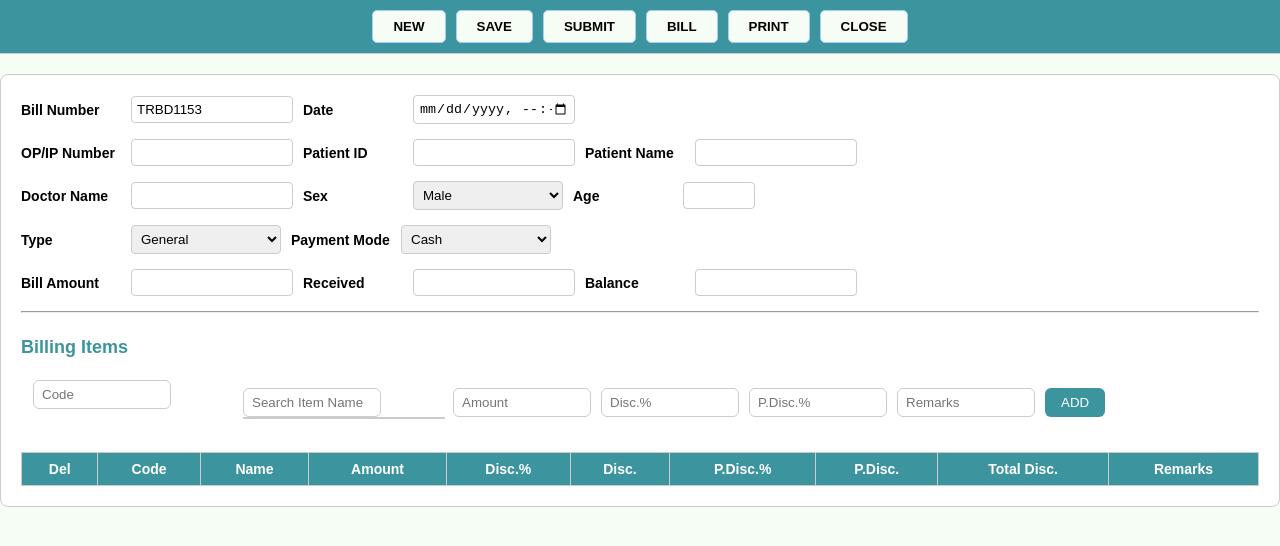
Repository: NAGENDRAN0/New
Page: http://localhost/billing
An editor plug-in stored every save of this project. The page is shown before and after the next save, followed by the edit.
The browser window is 1280 px wide. The pictures show the whole page.
The page is this project's Thymeleaf template; nobody is signed in. The template is opened directly, without the code that normally fills it, so the values that code supplies are empty.

Above is the page before, as saved 2025-05-15 10:17:55.

### Documents/workspace-spring-tool-suite-4-4.25.0.RELEASE/HMS/src/main/resources/templates/billing.html
<!DOCTYPE html>
<html lang="en">
  <head>
    <meta charset="UTF-8" />
    <title>Billing Page</title>
	<link rel="stylesheet" href="/css/Billing.css" />
	<style>
		.suggestion-list {
		  position: absolute;
		  background-color: #ffffff; /* Background */
		  border: 1px solid #ccc;
		  width: 200px;
		  max-height: 150px;
		  overflow-y: auto;
		  list-style-type: none;
		  padding: 0;
		  margin-top: 2px;
		  z-index: 1000;
		}

		.suggestion-list li {
		  padding: 8px;
		  cursor: pointer;
		  color: #333;
		}

		.suggestion-list li:hover {
		  background-color: #3C949E; /* Your primary color */
		  color: #fff;
		}
		.dropdown-container {
		  position: relative;
		  display: inline-block;
		  width: 200px;
		}

		.suggestion-list {
		  position: absolute;
		  top: 100%;
		  left: 0;
		  width: 100%;
		  background-color: #ffffff;
		  border: 1px solid #ccc;
		  max-height: 150px;
		  overflow-y: auto;
		  list-style-type: none;
		  padding: 0;
		  margin: 0;
		  z-index: 1000;
		}

	</style>

  </head>
  <body>
    <div class="toolbar">
      <button>NEW</button>
      <button>SAVE</button>
      <button>SUBMIT</button>
      <button>BILL</button>
      <button>PRINT</button>
	  <a href="/">
      <button>CLOSE</button></a>
    </div>

    <div class="billing-form">
      <!-- Patient and Bill Info -->
      <div class="form-row">
        <label>Bill Number</label
        ><input type="text" id="billNumber" value="TRBD1153" />
        <label>Date</label><input type="datetime-local" id="billDate" />
      </div>

      <div class="form-row">
		<label>OP/IP Number</label><input type="text" id="patientName" />
        <label>Patient ID</label><input type="text" id="patientId" />
        <label>Patient Name</label><input type="text" id="patientName" />
      </div>

      <div class="form-row">
        <label>Doctor Name</label><input type="text" id="doctorName" />
        <label>Sex</label>
        <select id="sex">
          <option>Male</option>
          <option>Female</option>
          <option>Other</option>
        </select>
        <label>Age</label><input type="number" id="age" style="width: 60px" />
      </div>

      <div class="form-row">
        <label>Type</label>
        <select id="type">
          <option>General</option>
          <option>Emergency</option>
        </select>
        <label>Payment Mode</label>
        <select id="paymentMode">
          <option>Cash</option>
          <option>Credit</option>
          <option>Card</option>
        </select>
      </div>

      <div class="form-row">
        <label>Bill Amount</label
        ><input type="number" id="billAmount" readonly /> <label>Received</label
        ><input type="number" id="receivedAmount" /> <label>Balance</label
        ><input type="number" id="balanceAmount" readonly />
      </div>

      <hr />


<h4 class="section-header">Billing Items</h4>
<div class="item-entry-horizontal">
	<div class="dropdown-container">
  <input type="text" placeholder="Code" id="itemcode" autocomplete="off" >
  <ul id="suggestionListss" class="suggestion-listss"></ul>
	</div>
  <div class="dropdown-container">
    <input type="text" id="itemname" placeholder="Search Item Name" autocomplete="off" />
    <ul id="suggestionList" class="suggestion-list"></ul>
  </div>
<input type="number" placeholder="Amount" id="fee">
  <input type="number" placeholder="Disc.%" id="itemDisc">
  <input type="number" placeholder="P.Disc.%" id="itemPDisc">
  <input type="text" placeholder="Remarks" id="remarks">
  <button onclick="addItem()">ADD</button>
</div>

<!-- Billing Items Table -->
<table class="item-table modern">
  <thead>
    <tr>
      <th>Del</th>
      <th>Code</th>
      <th>Name</th>
      <th>Amount</th>
      <th>Disc.%</th>
      <th>Disc.</th>
      <th>P.Disc.%</th>
      <th>P.Disc.</th>
      <th>Total Disc.</th>
      <th>Remarks</th>
    </tr>
  </thead>
  <tbody></tbody>
</table>



<!--    <script>
      function addItem() {
        const code = document.getElementById("itemCode").value;
        const name = document.getElementById("itemName").value;
        const amount =
          parseFloat(document.getElementById("itemAmount").value) || 0;
        const disc = parseFloat(document.getElementById("itemDisc").value) || 0;
        const pdisc =
          parseFloat(document.getElementById("itemPDisc").value) || 0;
        const remarks = document.getElementById("itemRemarks").value;

        const discAmt = (amount * disc) / 100;
        const pdiscAmt = (amount * pdisc) / 100;
        const totalDisc = discAmt + pdiscAmt;

        const table = document.querySelector(".item-table tbody");
        const row = table.insertRow();
        row.innerHTML = `
      <td><button onclick="removeRow(this)">Del</button></td>
      <td>${code}</td>
      <td>${name}</td>
      <td>${amount.toFixed(2)}</td>
      <td>${disc}</td>
      <td>${discAmt.toFixed(2)}</td>
      <td>${pdisc}</td>
      <td>${pdiscAmt.toFixed(2)}</td>
      <td>${totalDisc.toFixed(2)}</td>
      <td></td>
      <td></td>
      <td>${remarks}</td>
    `;

        updateBillAmount();
        clearItemFields();
      }

      function removeRow(btn) {
        btn.closest("tr").remove();
        updateBillAmount();
      }

      function updateBillAmount() {
        const rows = document.querySelectorAll(".item-table tbody tr");
        let total = 0;
        rows.forEach((row) => {
          const amount = parseFloat(row.cells[3].innerText) || 0;
          total += amount;
        });
        document.getElementById("billAmount").value = total.toFixed(2);

        const received =
          parseFloat(document.getElementById("receivedAmount").value) || 0;
        document.getElementById("balanceAmount").value = (
          total - received
        ).toFixed(2);
      }

      document
        .getElementById("receivedAmount")
        .addEventListener("input", updateBillAmount);

      function clearItemFields() {
        [
          "itemCode",
          "itemName",
          "itemAmount",
          "itemDisc",
          "itemPDisc",
          "itemRemarks",
        ].forEach((id) => {
          document.getElementById(id).value = "";
        });
      }

      // Set default date
      document.getElementById("billDate").value = new Date()
        .toISOString()
        .slice(0, 16);
    </script> -->
	<script src="https://code.jquery.com/jquery-3.6.0.min.js"></script>

	<script>
		$(document).ready(function () {
		  $("#itemname").on("input", function () {
		    let query = $(this).val().trim();

		    if (query.length >= 1) {
		      $.ajax({
		        url: "/master/search",
		        data: { query: query },
		        success: function (items) {
		          let list = $("#suggestionList");
		          list.empty();
		          if (items.length === 0) {
		            list.hide();
		            return;
		          }
		          items.forEach(item => {
		            list.append(`<li data-code="${item.itemcode}" data-fee="${item.fee}" data-remarks="${item.remarks}">
		              ${item.itemname}
		            </li>`);
		          });
		          list.show();
		        },
		        error: function() {
		          $("#suggestionList").hide();
		        }
		      });
		    } else {
		      $("#suggestionList").hide();
		    }
		  });

		  // When a suggestion is clicked, autofill the item details
		  $(document).on("click", "#suggestionList li", function () {
		    let name = $(this).text().trim();
		    let code = $(this).data("code");
		    let fee = $(this).data("fee");
		    let remarks = $(this).data("remarks");

		    $("#itemname").val(name);
		    $("#itemcode").val(code);
		    $("#fee").val(fee);
		    $("#remarks").val(remarks);
		    $("#suggestionList").hide();
		  });

		  // Hide suggestions when clicking outside
		  $(document).on("click", function (e) {
		    if (!$(e.target).closest("#itemname, #suggestionList").length) {
		      $("#suggestionList").hide();
		    }
		  });
		});
//---------------------


$(document).ready(function () {
		  $("#itemcode").on("input", function () {
		    let query = $(this).val().trim();

		    if (query.length >= 1) {
		      $.ajax({
		        url: "/master/search",
		        data: { query: query },
		        success: function (items) {
		          let list = $("#suggestionListss");
		          list.empty();
		          if (items.length === 0) {
		            list.hide();
		            return;
		          }
		          items.forEach(item => {
		            list.append(`<li data-code="${item.itemcode}" data-fee="${item.fee}" data-remarks="${item.remarks}">
		              ${item.itemname}
		            </li>`);
		          });
		          list.show();
		        },
		        error: function() {
		          $("#suggestionListss").hide();
		        }
		      });
		    } else {
		      $("#suggestionListss").hide();
		    }
		  });

		  // When a suggestion is clicked, autofill the item details
		  $(document).on("click", "#suggestionListss li", function () {
		    let name = $(this).text().trim();
		    let code = $(this).data("code");
		    let fee = $(this).data("fee");
		    let remarks = $(this).data("remarks");

		    $("#itemname").val(name);
		    $("#itemcode").val(code);
		    $("#fee").val(fee);
		    $("#remarks").val(remarks);
		    $("#suggestionList").hide();
		  });

		  // Hide suggestions when clicking outside
		  $(document).on("click", function (e) {
		    if (!$(e.target).closest("#itemcode, #suggestionListss").length) {
		      $("#suggestionListss").hide();
		    }
		  });
		});
	</script>

  </body>
</html>

### Documents/workspace-spring-tool-suite-4-4.25.0.RELEASE/HMS/src/main/resources/static/css/Billing.css
body {
  font-family: Arial, sans-serif;
  margin: 0;
  padding: 0;
  background-color: #f5fdf4;
}

.toolbar {
  display: flex;
  justify-content: center;
  gap: 10px;
  background-color: #3c949e;
  padding: 10px;
  border-bottom: 1px solid #ccc;
}

.toolbar button {
  padding: 8px 20px;
  background-color: #f5fdf4;
  border: 1px solid #a1cfff;
  border-radius: 5px;
  cursor: pointer;
  font-weight: 600;
}

.billing-form {
  max-width: 1400px;
  margin: 20px auto;
  padding: 20px;
  background-color: #fff;
  border: 1px solid #ccc;
  border-radius: 8px;
}

.form-row {
  display: flex;
  flex-wrap: wrap;
  gap: 10px;
  margin-bottom: 15px;
  align-items: center;
}

.form-row label {
  min-width: 100px;
  font-size: 14px;
  font-weight: bold;
}

.form-row input[type="text"],
.form-row input[type="number"],
.form-row input[type="datetime-local"],
.form-row select {
  padding: 5px;
  width: 150px;
  border: 1px solid #ccc;
  border-radius: 4px;
}

.form-row button {
  background-color: #00bfff;
  color: white;
  padding: 6px 15px;
  border: none;
  border-radius: 4px;
  cursor: pointer;
}

.side-options {
  float: right;
  width: 300px;
  padding: 20px;
  border-left: 1px solid #ccc;
}

.side-options fieldset {
  margin-bottom: 15px;
  padding: 10px;
  border: 1px solid #ccc;
}

.side-options label {
  display: block;
  margin-bottom: 5px;
}

.side-options input[type="text"] {
  width: 100%;
  padding: 5px;
  margin-top: 5px;
  border: 1px solid #ccc;
  border-radius: 4px;
}

.side-options table {
  width: 100%;
  border-collapse: collapse;
  margin-top: 10px;
}

.side-options table th,
.side-options table td {
  border: 1px solid #ccc;
  padding: 8px;
  text-align: left;
}

.item-table {
  width: 100%;
  border-collapse: collapse;
  margin-top: 20px;
}

.item-table th,
.item-table td {
  border: 1px solid #ccc;
  padding: 8px;
  font-size: 14px;
  text-align: center;
}

.billing-items {
  margin-top: 30px;
  padding: 20px;
  border: 1px solid #ddd;
  border-radius: 12px;
  background-color: #fafafa;
}

.item-entry {
  display: flex;
  flex-wrap: wrap;
  gap: 16px;
  margin-bottom: 20px;
}

.item-field {
  display: flex;
  flex-direction: column;
  width: calc(33% - 16px);
}

.item-field.full-width {
  width: 100%;
  margin-top: 10px;
}

.item-field label {
  font-weight: 600;
  margin-bottom: 5px;
}

.add-button {
  padding: 8px 16px;
  background-color: #0078d4;
  color: #fff;
  border: none;
  border-radius: 6px;
  cursor: pointer;
}

.add-button:hover {
  background-color: #005fa3;
}

.item-table.modern {
  width: 100%;
  border-collapse: collapse;
  margin-top: 10px;
}

.item-table.modern th,
.item-table.modern td {
  border: 1px solid #ccc;
  padding: 8px 10px;
  text-align: center;
}

.item-table.modern th {
  background-color: #f3f3f3;
}

.item-entry-horizontal {
  display: flex;
  gap: 10px;
  align-items: center;
  margin-bottom: 10px;
  flex-wrap: wrap;
}

.item-entry-horizontal input {
  padding: 6px;
  border: 1px solid #ccc;
  border-radius: 6px;
  width: 130px;
}

.item-entry-horizontal button {
  padding: 7px 16px;
  background-color: #0078d4;
  color: white;
  border: none;
  border-radius: 6px;
  cursor: pointer;
}

.item-entry-horizontal button:hover {
  background-color: #005fa3;
}
.section-header {
  color: #3c949e;
  font-size: 18px;
  margin-bottom: 10px;
}

.item-entry-horizontal {
  display: flex;
  gap: 10px;
  align-items: center;
  margin-bottom: 15px;
  flex-wrap: wrap;

  padding: 12px;
  border-radius: 8px;
}

.item-entry-horizontal input {
  padding: 6px 8px;
  border: 1px solid #ccc;
  border-radius: 6px;
  width: 120px;
  background-color: white;
}

.item-entry-horizontal button {
  padding: 7px 16px;
  background-color: #3c949e;
  color: white;
  border: none;
  border-radius: 6px;
  cursor: pointer;
}

.item-entry-horizontal button:hover {
  background-color: #327f89;
}

.item-table.modern {
  width: 100%;
  border-collapse: collapse;
  margin-top: 10px;
}

.item-table.modern th {
  background-color: #3c949e;
  color: white;
  padding: 8px;
  border: 1px solid #ccc;
}

.item-table.modern td {
  padding: 8px;
  text-align: center;
  border: 1px solid #ccc;
  background-color: #f5fdf4;
}

After the next save:
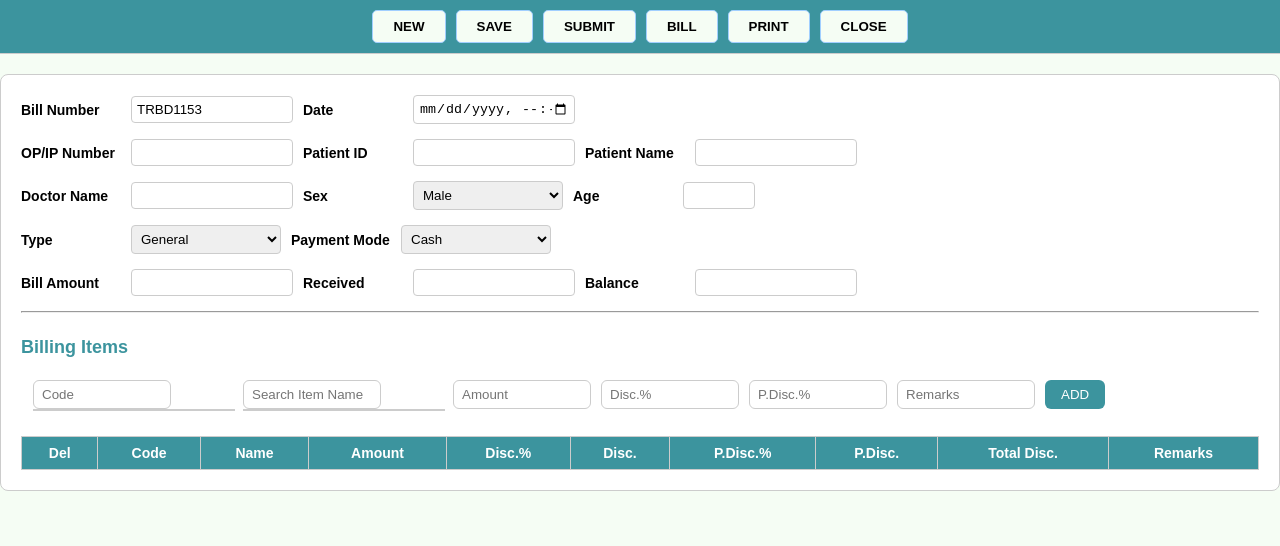
Saved 95 s later.
--- a/Documents/workspace-spring-tool-suite-4-4.25.0.RELEASE/HMS/src/main/resources/templates/billing.html
+++ b/Documents/workspace-spring-tool-suite-4-4.25.0.RELEASE/HMS/src/main/resources/templates/billing.html
@@ -48,6 +48,52 @@
 		  margin: 0;
 		  z-index: 1000;
 		}
+
+
+
+		.suggestion-listss {
+				  position: absolute;
+				  background-color: #ffffff; /* Background */
+				  border: 1px solid #ccc;
+				  width: 200px;
+				  max-height: 150px;
+				  overflow-y: auto;
+				  list-style-type: none;
+				  padding: 0;
+				  margin-top: 2px;
+				  z-index: 1000;
+				}
+
+				.suggestion-listss li {
+				  padding: 8px;
+				  cursor: pointer;
+				  color: #333;
+				}
+
+				.suggestion-listss li:hover {
+				  background-color: #3C949E; /* Your primary color */
+				  color: #fff;
+				}
+				.dropdown-container {
+				  position: relative;
+				  display: inline-block;
+				  width: 200px;
+				}
+
+				.suggestion-listss {
+				  position: absolute;
+				  top: 100%;
+				  left: 0;
+				  width: 100%;
+				  background-color: #ffffff;
+				  border: 1px solid #ccc;
+				  max-height: 150px;
+				  overflow-y: auto;
+				  list-style-type: none;
+				  padding: 0;
+				  margin: 0;
+				  z-index: 1000;
+				}
 
 	</style>
 
